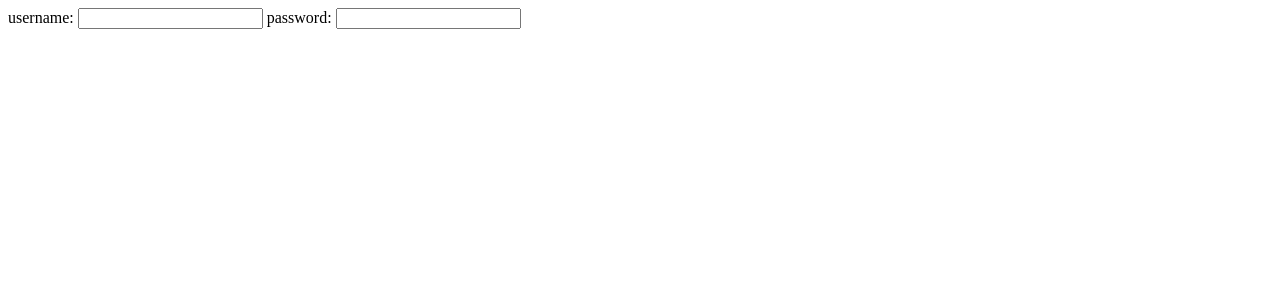
Repository: RayDuanChn/JavaLearning
Page: Login/WebContent/WEB-INF/login.html
The author's editor kept a copy of each file at every save. The page is drawn from the files as they stood at one save, then again after the next save.
The browser window is 1280 px wide. The pictures show the whole page.

Above is the page before, as saved 2018-04-09 18:17:21.

After the next save:
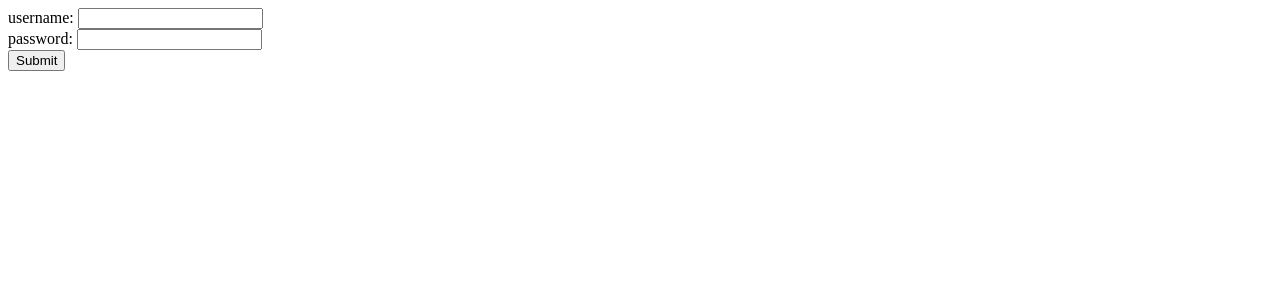
Saved 58 s later.
--- a/Login/WebContent/WEB-INF/login.html
+++ b/Login/WebContent/WEB-INF/login.html
@@ -7,8 +7,9 @@
 <body>
 
 	<form>
-		username: <input type="text" />
-		password: <input type="password" />
+		username: <input type="text" /></br>
+		password: <input type="password" /><br>
+		<input type="submit" />
 	</form>
 </body>
 </html>
